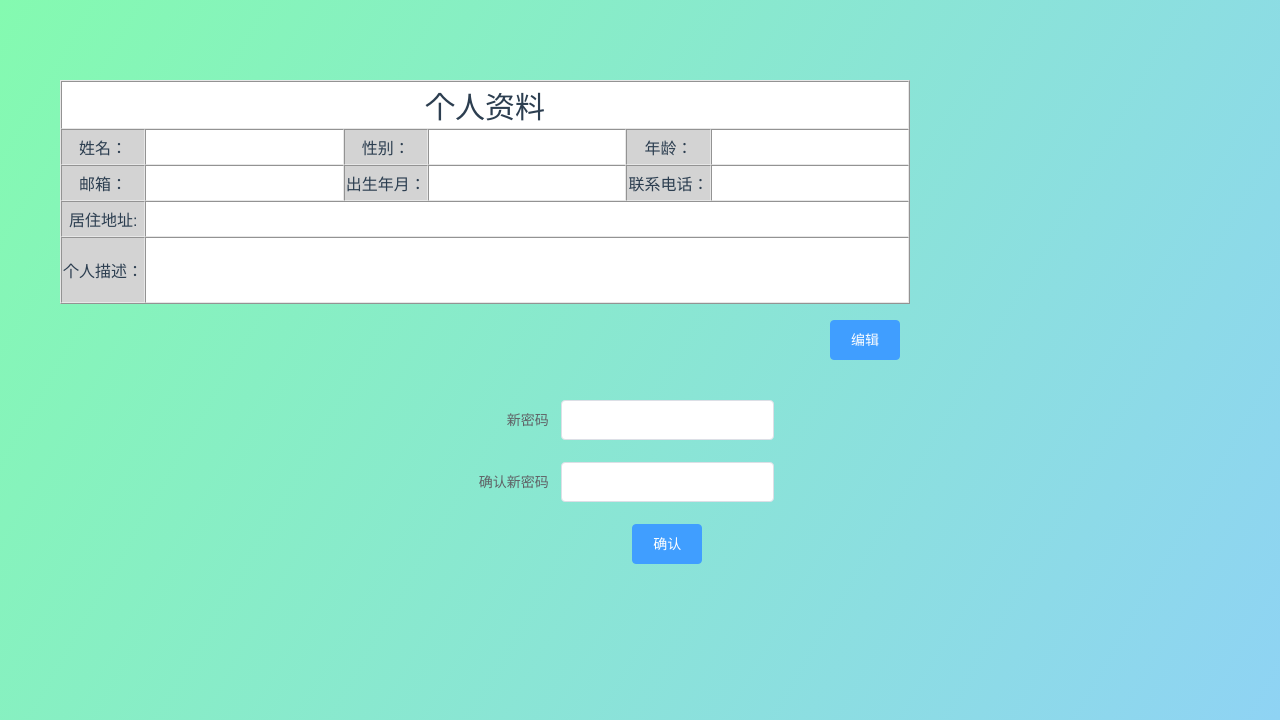
Repository: Akron-xz/helloVue
Page: /#/modifymsg (app in vue-library/)
The author's editor kept a copy of each file at every save. The page is drawn from the files as they stood at one save, then again after the next save.
The browser window is 1280 px wide. The pictures show the whole page.
The project was rebuilt for these pictures with package versions that can differ from the ones it lists, and the page was loaded fresh each time. Also part of the build but not shown: vue-library/src/views/Home.vue.

Above is the page before, as saved 2020-11-23 20:22:21.

After the next save:
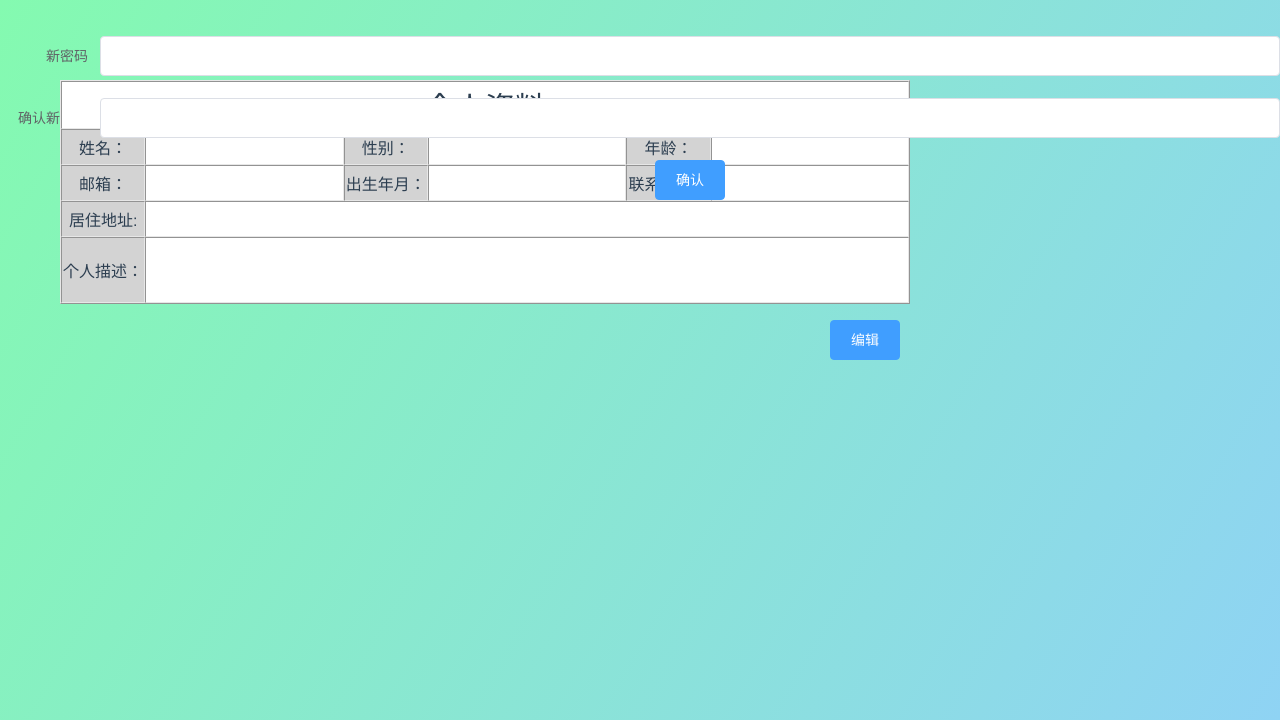
Saved 5 min 4 s later.
--- a/vue-library/src/views/ModifyMsg.vue
+++ b/vue-library/src/views/ModifyMsg.vue
@@ -108,7 +108,7 @@
       }}</el-button>
     </div>
 
-    <div class="modify-pasawd-box">
+    <div class="modify-pwd-box">
       <el-form
         v-model="pwd"
         :rules="rules"

After the 3 saves that followed:
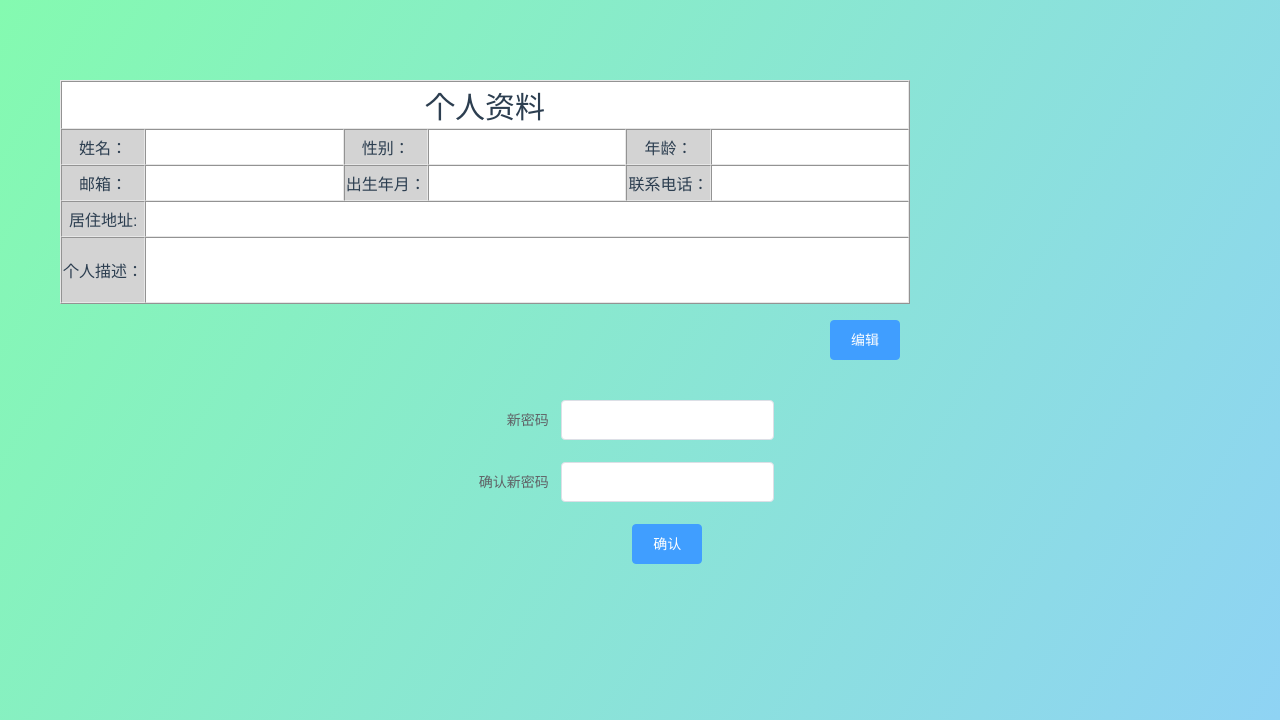
The 3 saves are shown as one change because 2 left the picture as it was.
The last was saved 3 min 35 s later.
--- a/vue-library/src/views/ModifyMsg.vue
+++ b/vue-library/src/views/ModifyMsg.vue
@@ -117,10 +117,10 @@
         class="demo-pwd"
       >
         <el-form-item label="新密码" prop="password">
-          <el-input v-model="pwd.newPassword" type="password"></el-input>
+          <el-input v-model="pwd.newPassword" type="password" autocomplete="off"></el-input>
         </el-form-item>
         <el-form-item label="确认新密码" prop="password">
-          <el-input v-model="pwd.checkPassword" type="password"></el-input>
+          <el-input v-model="pwd.checkPassword" type="password" autocomplete="off"></el-input>
         </el-form-item>
         <el-form-item>
           <el-button type="primary" @click="submitForm('pwd')"
@@ -183,7 +183,7 @@ export default {
 
       rules: {
         newPassword: [{ required: true, message: "请输入新密码", trigger: "blur", }],
-        checkPassword: [{ required: true, trigger: "blur", validator: validatePass,}],
+        checkPassword: [{ validator: validatePass,  trigger: "blur", required: true,}],
       },
 
     };
@@ -349,7 +349,7 @@ button:hover {
 .msg-header {
   background-color: lightgray;
 }
-.modify-pasawd-box {
+.modify-pwd-box {
   position: fixed;
   top: 400px;
   left: 36%;
